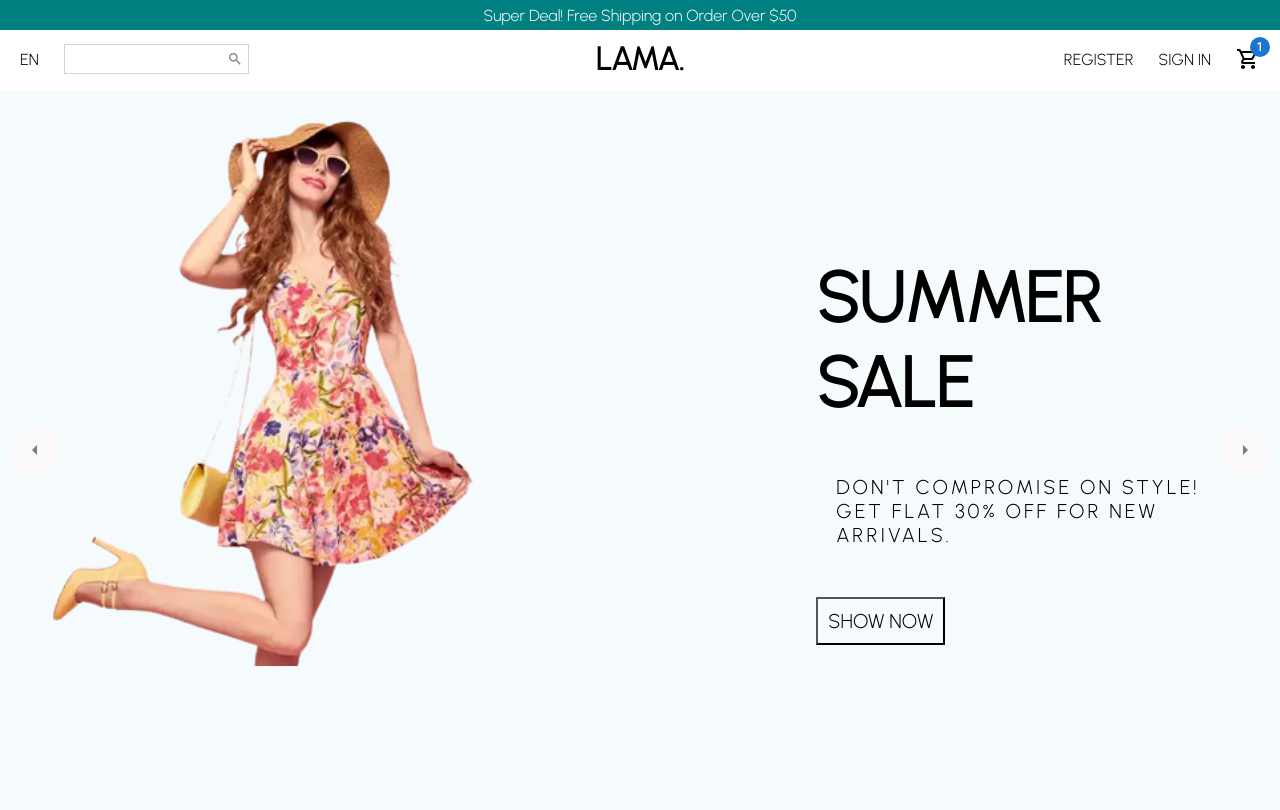
Repository: kmvaghela/ECOMMERCE
Page: /
An editor plug-in stored every save of this project. The page is shown before and after the next save, followed by the edit.
The browser window is 1280 px wide. The pictures show the whole page.
The project was rebuilt for these pictures with package versions that can differ from the ones it lists, and the page was loaded fresh each time.

Above is the page before, as saved 2022-02-22 14:02:10.

After the next save:
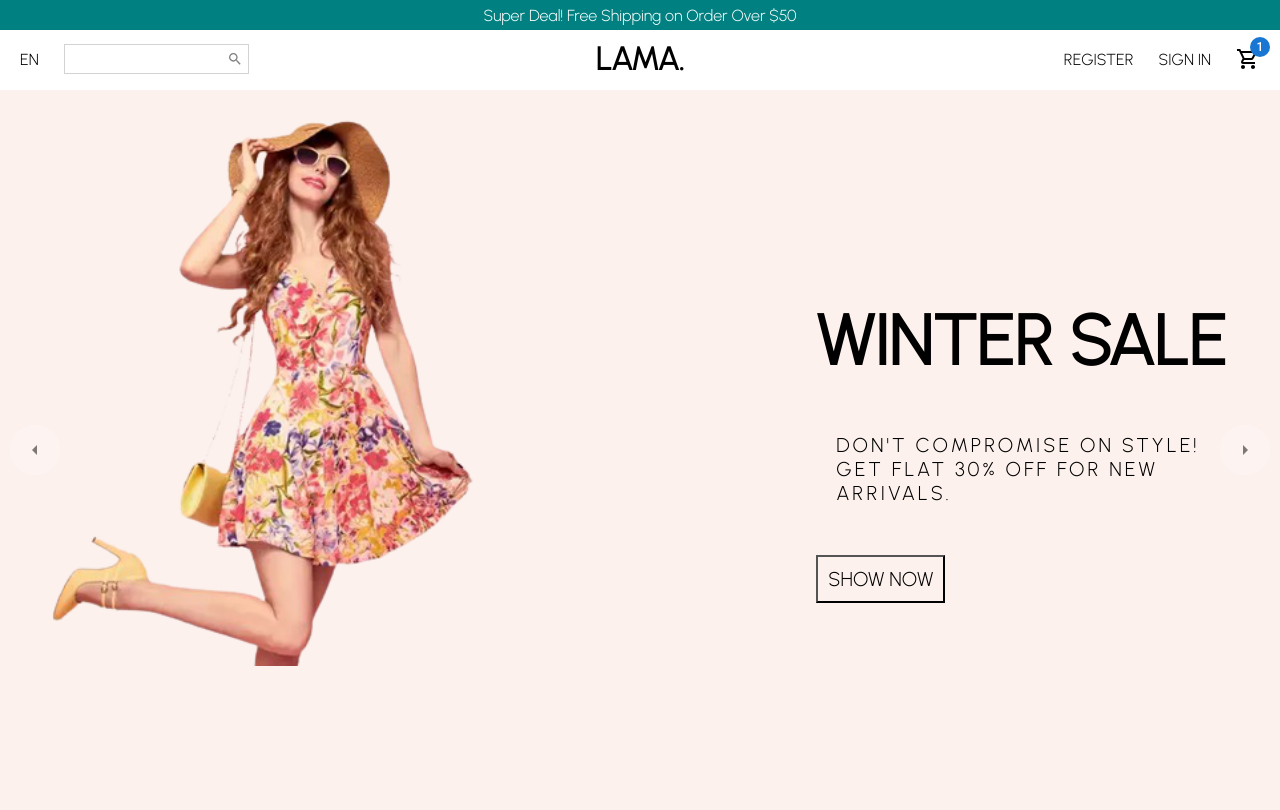
Saved 11 s later.
--- a/src/components/Slider.jsx
+++ b/src/components/Slider.jsx
@@ -31,7 +31,7 @@
 const Wrapper = styled.div`
   height: 100%;
   display: flex;
-  transform: translateX(0vw);
+  transform: translateX(-100vw);
 `;
 
 const Slide = styled.div`
